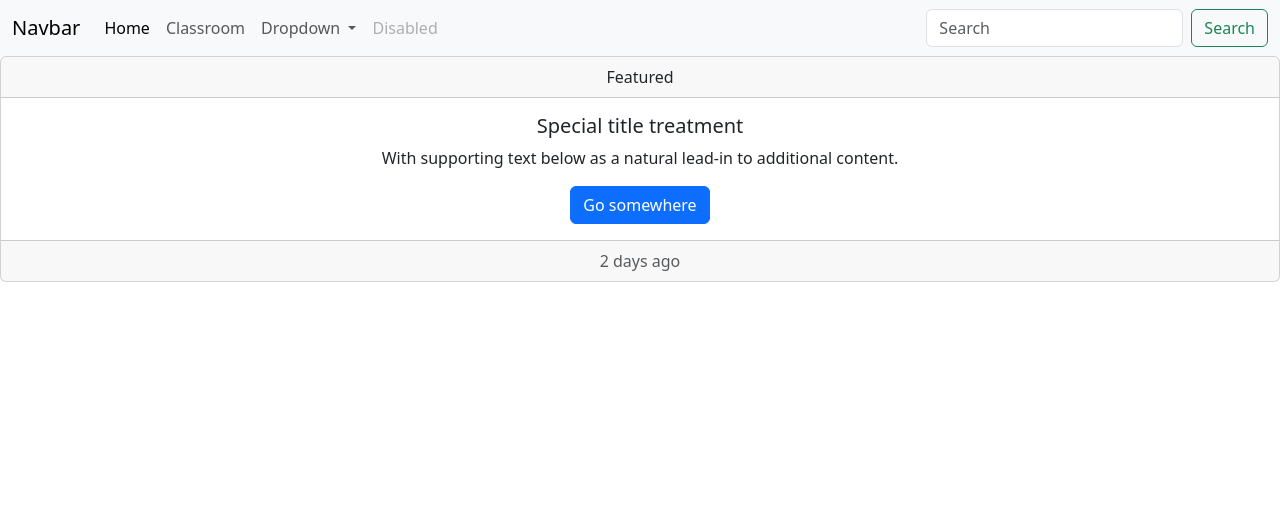
Repository: Mbote-Joseph/Django-Recap
Page: http://localhost/classroom1
The author's editor kept a copy of each file at every save. The page is drawn from the files as they stood at one save, then again after the next save.
The browser window is 1280 px wide. The pictures show the whole page.
The page is served by the project's application, run on Django 5.2 (manage.py). The page reads the database file committed with the project.

Above is the page before, as saved 2025-12-15 20:19:07.

After the next save:
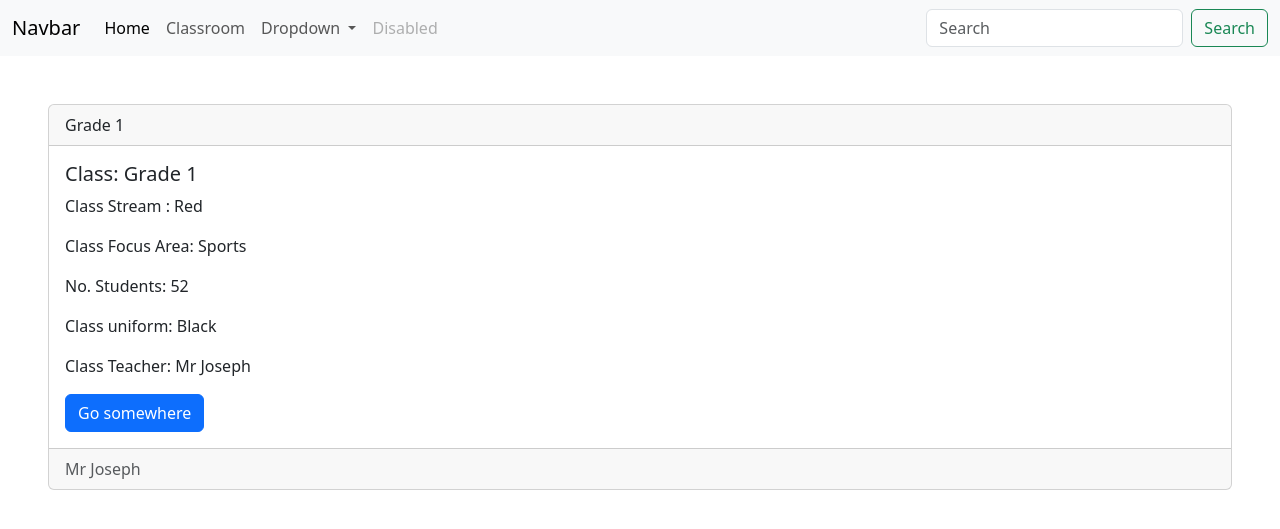
Saved 4 min 36 s later.
--- a/school/classroom/templates/classroom/classroomdetails.html
+++ b/school/classroom/templates/classroom/classroomdetails.html
@@ -2,17 +2,21 @@
 
 <div class="container">
 {% block content %}
-<div class="card text-center">
+<div class="card m-lg-5">
   <div class="card-header">
-    Featured
+    {{ classroom.name }}
   </div>
   <div class="card-body">
-    <h5 class="card-title">Special title treatment</h5>
-    <p class="card-text">With supporting text below as a natural lead-in to additional content.</p>
+    <h5 class="card-title"> Class:  {{ classroom.name }}</h5>
+    <p class="card-text">Class Stream :  {{ classroom.stream }}</p>
+    <p class="card-text">Class Focus Area:  {{ classroom.focus }}</p>
+    <p class="card-text">No. Students: {{ classroom.students}}</p>
+    <p class="card-text">Class uniform: {{ classroom.uniform }}</p>
+    <p class="card-text">Class Teacher: {{ classroom.classteacher }}</p>
     <a href="#" class="btn btn-primary">Go somewhere</a>
   </div>
   <div class="card-footer text-body-secondary">
-    2 days ago
+    {{ classroom.classteacher }}
   </div>
 </div>
 {% endblock %}
